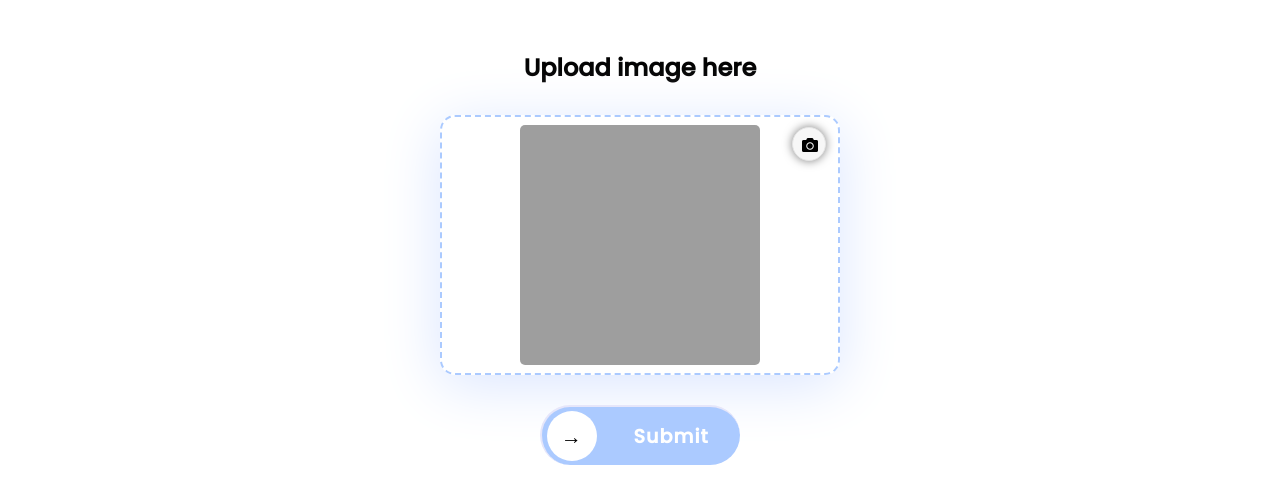
Repository: ThuongDuy/Phan_loai_anh
Page: hcsdlpt/index.html
The author's editor kept a copy of each file at every save. The page is drawn from the files as they stood at one save, then again after the next save.
The browser window is 1280 px wide. The pictures show the whole page.
Pictures or frames that could not be fetched are drawn as grey boxes.

Above is the page before, as saved 2023-06-02 00:43:20.

### hcsdlpt/index.html
<!DOCTYPE html>
<html lang="en">

<head>
    <meta charset="UTF-8">
    <meta http-equiv="X-UA-Compatible" content="IE=edge">
    <meta name="viewport" content="width=device-width, initial-scale=1.0">
    <title>Document</title>
    <link rel="stylesheet" href="https://fonts.googleapis.com/css2?family=Poppins:wght@300;400;500&amp;display=swap">
    <link rel="stylesheet" href="https://unpkg.com/boxicons@2.0.7/css/boxicons.min.css">
    <link rel="stylesheet" href="./main.css">
</head>

<body>

    <h2 class="upload-title">Upload image here</h2>
    <div class="avatar-upload">
        <div class="avatar-edit">
            <input type="file" id="imageUpload" accept=".png, .jpg, .jpeg" class="txt-file">
            <label for="imageUpload" class="label-upload">
                <i id="camera" class="fas fa-camera"></i>
            </label>
        </div>

        <div class="avatar-preview">
            <div id="imagePreview" style="background-image: url('upload.png');"></div>
        </div>
    </div>

    <button class="btn" id="btnSubmit">Submit<span>&#8594;</span></button>

    <link rel="stylesheet" href="https://cdnjs.cloudflare.com/ajax/libs/font-awesome/5.15.2/css/all.min.css"
        integrity="sha512-HK5fgLBL+xu6dm/Ii3z4xhlSUyZgTT9tuc/hSrtw6uzJOvgRr2a9jyxxT1ely+B+xFAmJKVSTbpM/CuL7qxO8w=="
        crossorigin="anonymous" />

    <script src="https://cdnjs.cloudflare.com/ajax/libs/jquery/3.7.0/jquery.min.js"
        integrity="sha512-3gJwYpMe3QewGELv8k/BX9vcqhryRdzRMxVfq6ngyWXwo03GFEzjsUm8Q7RZcHPHksttq7/GFoxjCVUjkjvPdw=="
        crossorigin="anonymous" referrerpolicy="no-referrer"></script>
    <script src="./scripts.js"></script>
</body>

</html>

### hcsdlpt/main.css
.avatar-upload {
    /* position: relative;
    max-width: 400px;
    margin: 50px auto; */
    position: relative;
    max-width: 400px;
    border-radius: 15px;
    border: 2px dashed rgb(171, 202, 255);
    margin: 30px auto;
    box-shadow: 0 10px 60px rgb(218, 229, 255);
}

.avatar-edit {
    position: absolute;
    right: 12px;
    top: 10px;
    z-index: 1;
}

#camera {
    position: absolute;
    top: 10px;
    left: 10px;
}

.txt-file {
    display: none;
}

.label-upload {
    display: inline-block;
    width: 34px;
    height: 34px;
    background: #f7f7f7;
    margin-bottom: 0;
    border-radius: 100%;
    border: 1px solid #e5e5e5;
    box-shadow: 0 0 10px rgba(0, 0, 0, 0.5);
    cursor: pointer;
    transition: .3s ease;
}

.label-upload:hover {
    background: #e5e5e5;
}

.avatar-preview {
    width: 256px;
    height: 256px;
    position: relative;
    border-radius: 5px;
    padding: 8px;
    margin: 0 auto;
    /* border: 1px solid #e5e5e5; */
}

.avatar-preview>div {
    width: 100%;
    height: 100%;
    border-radius: 5px;
    background-size: cover;
    background-repeat: no-repeat;
    background-position: center;
}

* {
    margin: 0;
    padding: 0;
    box-sizing: border-box;
    font-family: Poppins;
}

button {
    border: none;
    outline: none;
}
.upload-title {
    text-align: center;
    margin-top: 50px;
}

.btn {
    position: relative;
    width: 200px;
    height: 60px;
    display: grid;
    place-items: center;
    background: rgb(171, 202, 255);
    color: #fff;
    border-radius: 80px;
    font-size: 1.2rem;
    font-weight: 700;
    letter-spacing: 1px;
    text-decoration: none;
    border-top: 2px solid #e6e6fa;
    border-left: 2px solid #e6e6fa;
    padding-left: 60px;
    overflow: hidden;
    transition: 0.5s ease-in-out;
    margin: auto;
    cursor: pointer;
}

.btn:hover {
    padding-left: 0;
    padding-right: 60px;
    color: #fff;
}

.btn span {
    position: absolute;
    display: grid;
    place-items: center;
    left: 5px;
    width: 50px;
    height: 50px;
    background: #fff;
    color: #000;
    border-radius: 50%;
    font-size: 1.3rem;
    font-weight: 700;
    transition: 0.5s cubic-bezier(0.4, 0, 1, 1);
}

.btn:hover span {
    left: calc(100% - 55px);
}

.btn::after {
    position: absolute;
    content: "";
    width: 80px;
    height: 100%;
    z-index: 1;
    background: rgba(255, 255, 255, 0.5);
    transform: translateX(-175px) skew(25deg);
    transition: 0.75s ease-in-out;
}

.btn:hover::after {
    transform: translateX(175px) skew(25deg);
}

### hcsdlpt/scripts.js
function readURL(input) {
    if (input.files && input.files[0]) {
        var reader = new FileReader();
        reader.onload = function (e) {
            $('#imagePreview').css('background-image', 'url(' + e.target.result + ')');
            $('#imagePreview').hide();
            $('#imagePreview').fadeIn(650);
        }
        reader.readAsDataURL(input.files[0]);
    }
}

$(document).ready(function () {
    $("#imageUpload").change(function () {
        readURL(this);
    });
    $('#btnSubmit').on('click', function () {

    });

});

After the next save:
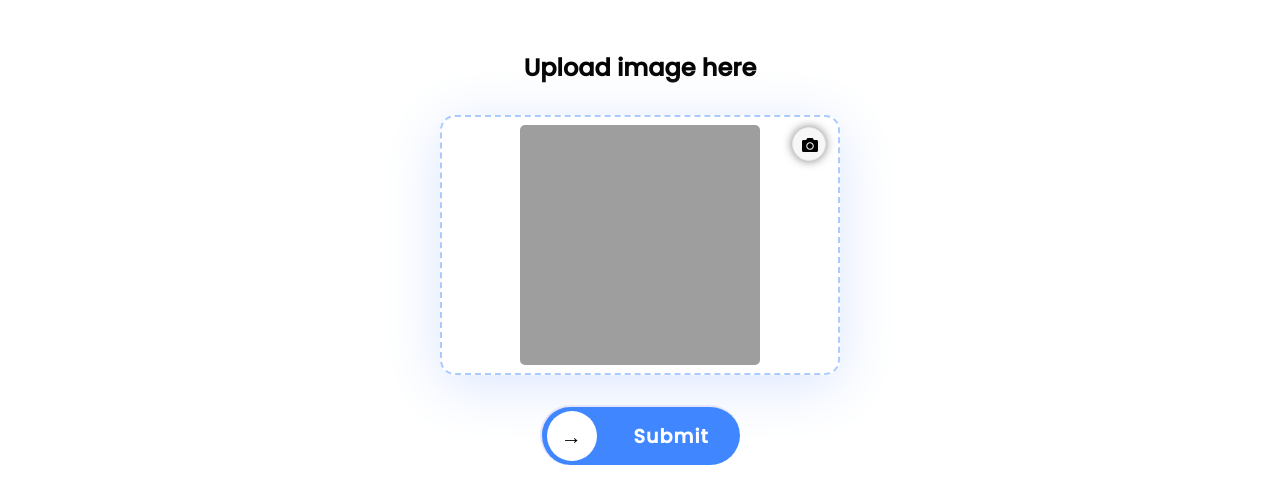
Saved 27 s later.
--- a/hcsdlpt/main.css
+++ b/hcsdlpt/main.css
@@ -85,7 +85,7 @@ button {
     height: 60px;
     display: grid;
     place-items: center;
-    background: rgb(171, 202, 255);
+    background: rgb(63, 134, 255);
     color: #fff;
     border-radius: 80px;
     font-size: 1.2rem;
